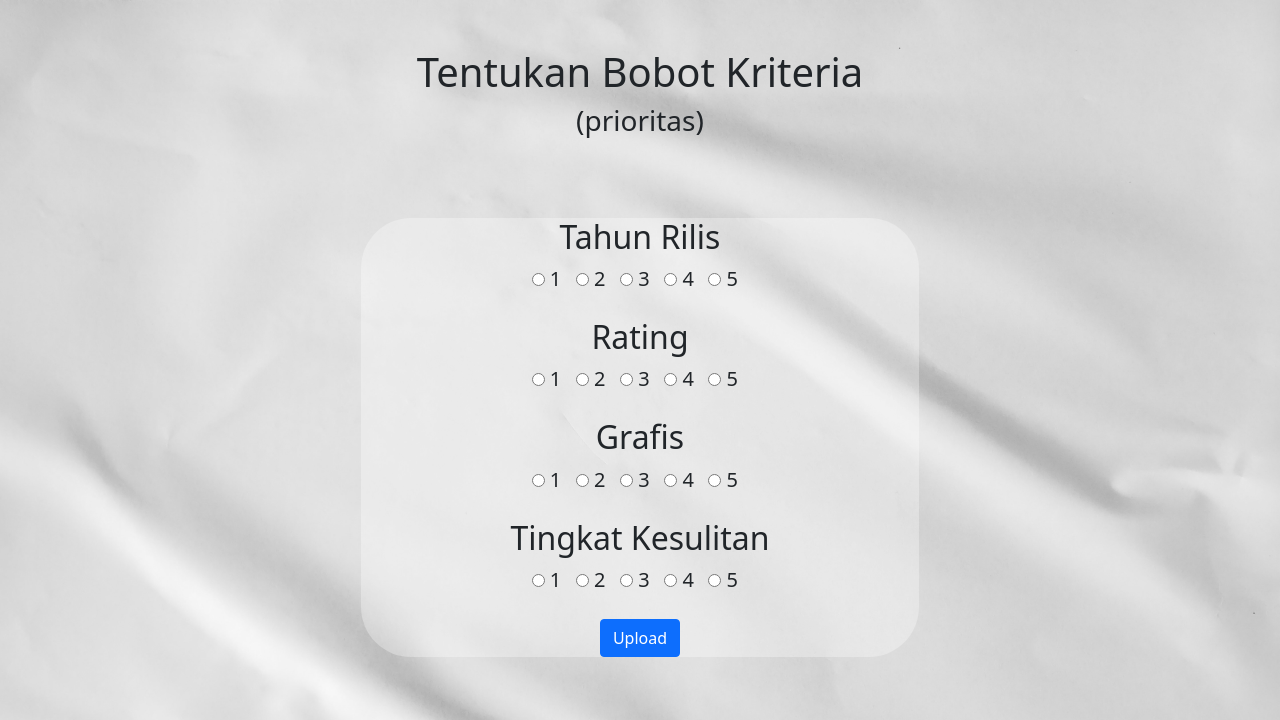
Repository: aqordeon/SPKWP
Page: http://localhost/hitungKriteria.php
The author's editor kept a copy of each file at every save. The page is drawn from the files as they stood at one save, then again after a run of saves.
The browser window is 1280 px wide. The pictures show the whole page.
The page is run by PHP 8.4 with error messages shown; the project is at /var/www/html/. Queries for data that is not in the repository find no rows.

Above is the page before, as saved 2021-01-13 23:48:29.

### hitungKriteria.php
<?php
        session_start();
        include "koneksi.php";

    ?><html lang="en">
<head>
    <meta charset="UTF-8">
    <meta name="viewport" content="width=device-width, initial-scale=1.0">
    <title>Bobot Kriteria</title>
    <link rel="stylesheet" href="css/bootstrap.css" type="text/css" />
    <style>
        body {
            background-image: url("images/whitepaper.jpg");
            background-color: #cccccc;
            background-size: cover;
        }
        label {
            font-size: 20px;
        }
    </style>
</head>
<body>
    <div class="container">
    <center>
        <Br><br>
        <h1>Tentukan Bobot Kriteria</h1>
        <h3>(prioritas)</h3>

        <br><br><br>
            <?php
                $tabelkriteria = mysqli_query($con, "SELECT * FROM tb_kriteria");
                $baristabelkriteria = mysqli_num_rows($tabelkriteria);
            ?>

            <!-- FORM -->
            <div class="container" style="border-radius: 50px; width: 50%; background-color: rgba(255,255,255,0.3">
                <form method="post" action="" enctype='multipart/form-data'>
                    <h2 style="">Tahun Rilis</h2>
                    <input type="radio" id="optradio_tahunrilis1" name="radio_tahunrilis" value="1" required="required"><label for="optradio_tahunrilis1">&nbsp;1&nbsp;&nbsp;</label>
                    <input type="radio" id="optradio_tahunrilis2" name="radio_tahunrilis" value="2"><label for="optradio_tahunrilis2">&nbsp;2&nbsp;&nbsp;</label>
                    <input type="radio" id="optradio_tahunrilis3" name="radio_tahunrilis" value="3"><label for="optradio_tahunrilis3">&nbsp;3&nbsp;&nbsp;</label>
                    <input type="radio" id="optradio_tahunrilis4" name="radio_tahunrilis" value="4"><label for="optradio_tahunrilis4">&nbsp;4&nbsp;&nbsp;</label>
                    <input type="radio" id="optradio_tahunrilis5" name="radio_tahunrilis" value="5"><label for="optradio_tahunrilis5">&nbsp;5&nbsp;&nbsp;</label>
                    <br>
                    <br>

                    <h2 style="">Rating</h2>
                    <input type="radio" id="optradio_rating1" name="radio_rating" value="1" required="required"><label for="optradio_rating1">&nbsp;1&nbsp;&nbsp;</label>
                    <input type="radio" id="optradio_rating2" name="radio_rating" value="2"><label for="optradio_rating2">&nbsp;2&nbsp;&nbsp;</label>
                    <input type="radio" id="optradio_rating3" name="radio_rating" value="3"><label for="optradio_rating3">&nbsp;3&nbsp;&nbsp;</label>
                    <input type="radio" id="optradio_rating4" name="radio_rating" value="4"><label for="optradio_rating4">&nbsp;4&nbsp;&nbsp;</label>
                    <input type="radio" id="optradio_rating5" name="radio_rating" value="5"><label for="optradio_rating5">&nbsp;5&nbsp;&nbsp;</label>
                    <br>
                    <br>

                    <h2 style="">Grafis</h2>
                    <input type="radio" id="optradio_grafis1" name="radio_grafis" value="1" required="required"><label for="optradio_grafis1">&nbsp;1&nbsp;&nbsp;</label>
                    <input type="radio" id="optradio_grafis2" name="radio_grafis" value="2"><label for="optradio_grafis2">&nbsp;2&nbsp;&nbsp;</label>
                    <input type="radio" id="optradio_grafis3" name="radio_grafis" value="3"><label for="optradio_grafis3">&nbsp;3&nbsp;&nbsp;</label>
                    <input type="radio" id="optradio_grafis4" name="radio_grafis" value="4"><label for="optradio_grafis4">&nbsp;4&nbsp;&nbsp;</label>
                    <input type="radio" id="optradio_grafis5" name="radio_grafis" value="5"><label for="optradio_grafis5">&nbsp;5&nbsp;&nbsp;</label>
                    <br>
                    <br>

                    <h2 style="">Tingkat Kesulitan</h2>
                    <input type="radio" id="optradio_tingkatkesulitan1" name="radio_tingkatkesulitan" value="1" required="required"><label for="optradio_tingkatkesulitan1">&nbsp;1&nbsp;&nbsp;</label>
                    <input type="radio" id="optradio_tingkatkesulitan2" name="radio_tingkatkesulitan" value="2"><label for="optradio_tingkatkesulitan2">&nbsp;2&nbsp;&nbsp;</label>
                    <input type="radio" id="optradio_tingkatkesulitan3" name="radio_tingkatkesulitan" value="3"><label for="optradio_tingkatkesulitan3">&nbsp;3&nbsp;&nbsp;</label>
                    <input type="radio" id="optradio_tingkatkesulitan4" name="radio_tingkatkesulitan" value="4"><label for="optradio_tingkatkesulitan4">&nbsp;4&nbsp;&nbsp;</label>
                    <input type="radio" id="optradio_tingkatkesulitan5" name="radio_tingkatkesulitan" value="5"><label for="optradio_tingkatkesulitan5">&nbsp;5&nbsp;&nbsp;</label>

                    <br><Br>
                    <input type='submit' class="btn btn-primary" value='Upload' name='but_upload'>
                </form>
            </div>

            <!-- <a href="hitung_vektor.php" class="btn btn-primary" name='kriteria_submit'>Submit</a>   mengarah ke hitung_vektor.php -->

    </center>

    <?php
        if(isset($_POST['but_upload'])){
            $_SESSION["bobotkriteria_tahunrilis"] = $_POST['radio_tahunrilis'];
            $_SESSION["bobotkriteria_rating"] = $_POST['radio_rating'];
            $_SESSION["bobotkriteria_grafis"] = $_POST['radio_grafis'];
            $_SESSION["bobotkriteria_tingkatkesulitan"] = $_POST['radio_tingkatkesulitan'];
            echo "<div class='alert alert-info'>Bobot Kriteria berhasil diterima.";
            echo "<meta http-equiv='refresh' content='1;url=hitung_vektor.php'>";
        }
    ?>

</div>
</body>
</html>

### koneksi.php
<?php
    $servername = "localhost";
    $username = "root";
    $password = "";
    $database = "db_spkwp";

    $con = mysqli_connect($servername, $username, $password, $database);

    // $ambilparagraf = $con->query("SELECT * FROM paragraph");
    // $cekdbparagraf = $ambilparagraf->fetch_assoc();
?>

Loaded but not shown: css/bootstrap.css (library)

After the next 3 saves:
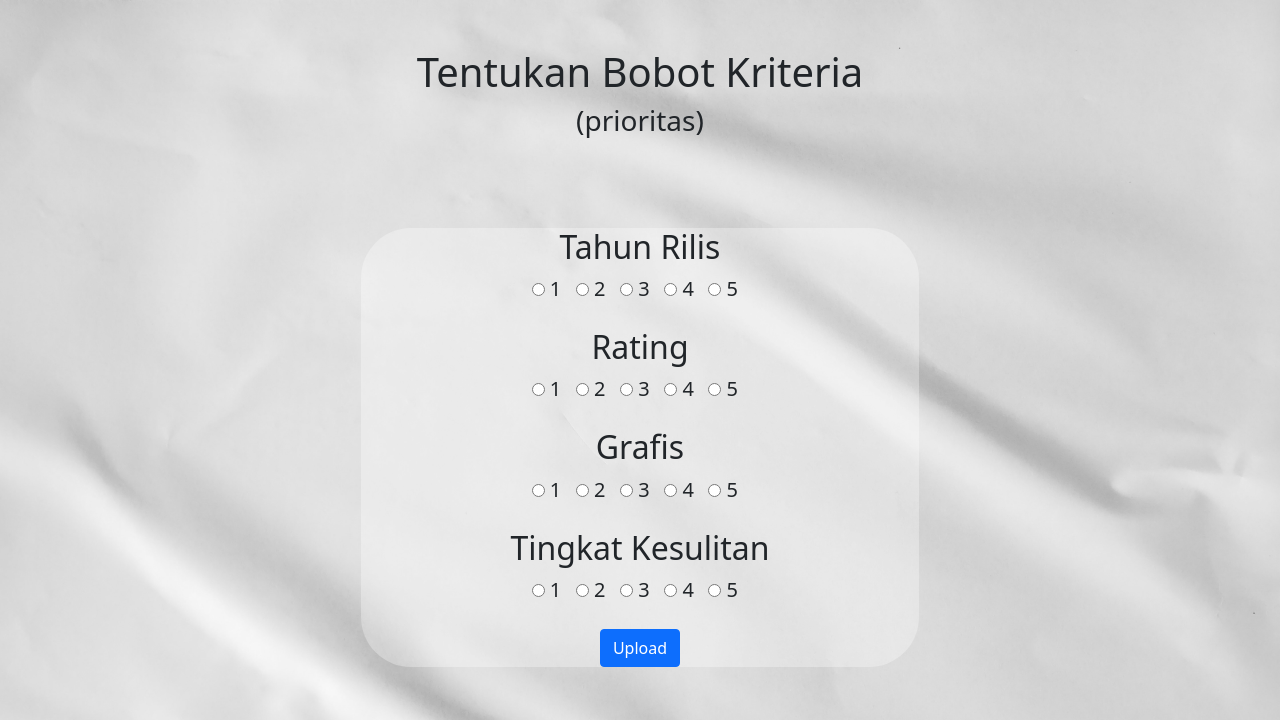
The 3 saves are shown as one change because they came seconds apart.
The last was saved 14 s later.
--- a/hitungKriteria.php
+++ b/hitungKriteria.php
@@ -33,7 +33,7 @@
             ?>
 
             <!-- FORM -->
-            <div class="container" style="border-radius: 50px; width: 50%; background-color: rgba(255,255,255,0.3">
+            <div class="container" style="margin: 10px; border-radius: 50px; width: 50%; background-color: rgba(255,255,255,0.3">
                 <form method="post" action="" enctype='multipart/form-data'>
                     <h2 style="">Tahun Rilis</h2>
                     <input type="radio" id="optradio_tahunrilis1" name="radio_tahunrilis" value="1" required="required"><label for="optradio_tahunrilis1">&nbsp;1&nbsp;&nbsp;</label>
